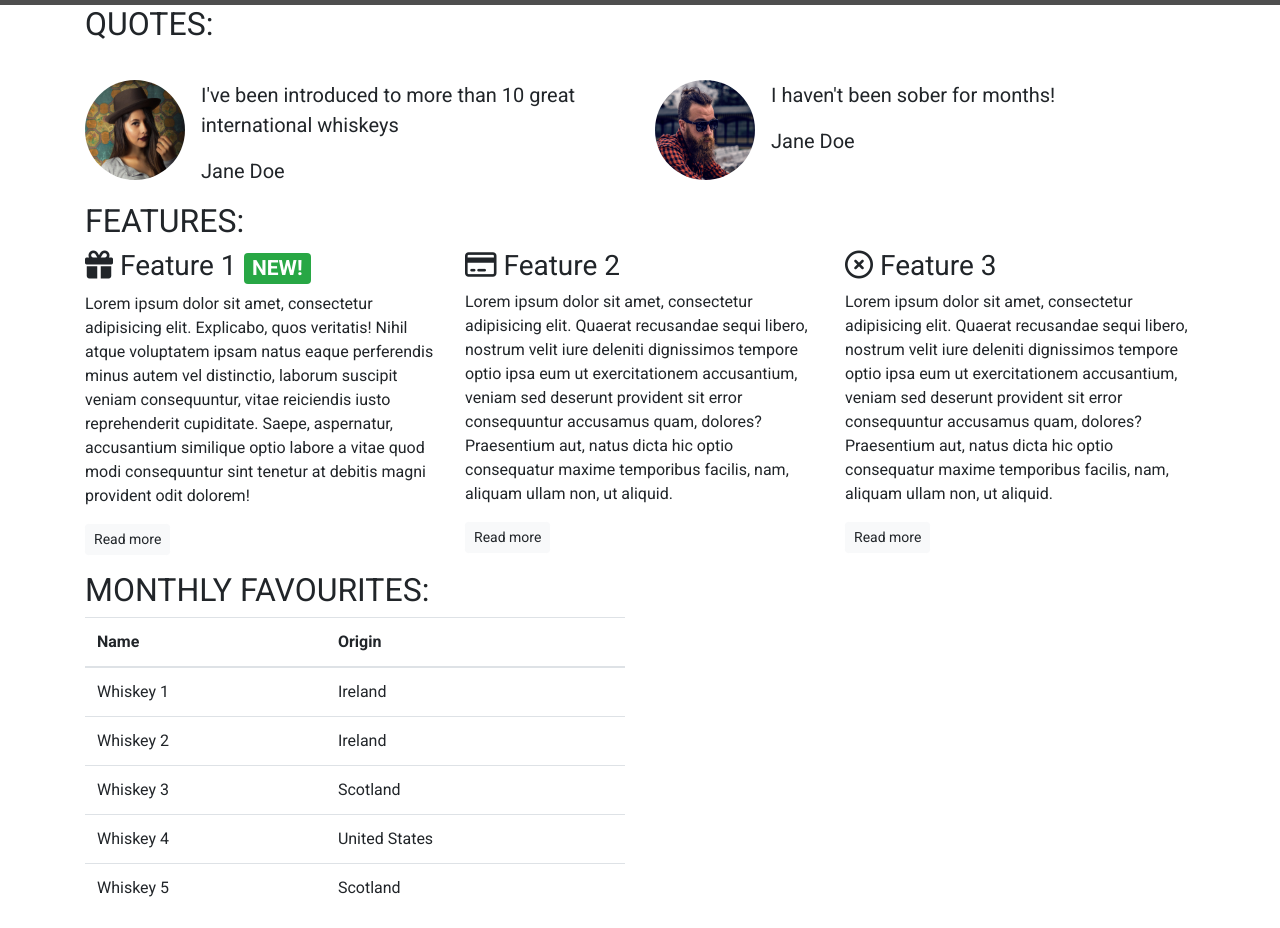
Repository: Sarani1612/whiskey-drop
Page: index.html
The author's editor kept a record of every edit. The page is drawn from the files as they stood at one moment, then again after the next edit.
The browser window is 1280 px wide. The pictures show the part of the page from y = 837 to 1789 px (the page is 1765 px tall before and 1794 px after).
Pictures or frames that could not be fetched are drawn as grey boxes. Backgrounds fixed to the window are drawn as part of the page. Some web libraries are served in a nearby version.

Above is the page before.
Console error: TypeError: Cannot read properties of undefined (reading 'fn')

After the next edit:
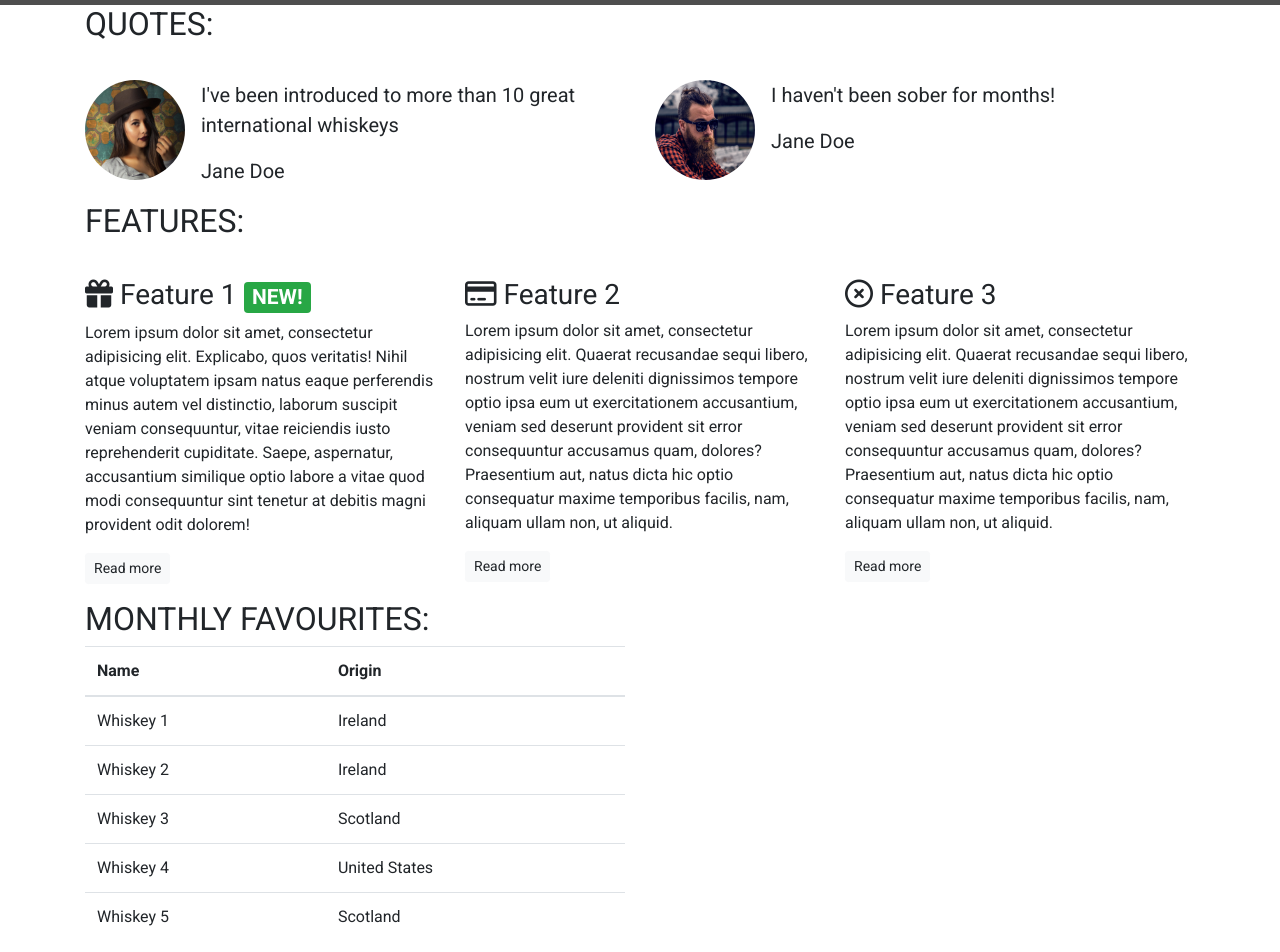
The edit:
--- a/index.html
+++ b/index.html
@@ -128,6 +128,7 @@
                 <div class="row">
                     <div class="col-12 page-header">
                         <h2 class="text-uppercase">Features:</h2>
+                            <hr class="block-divider block-divider--short block-divider--white">
                     </div>
                 </div>
                 <div class="row">
